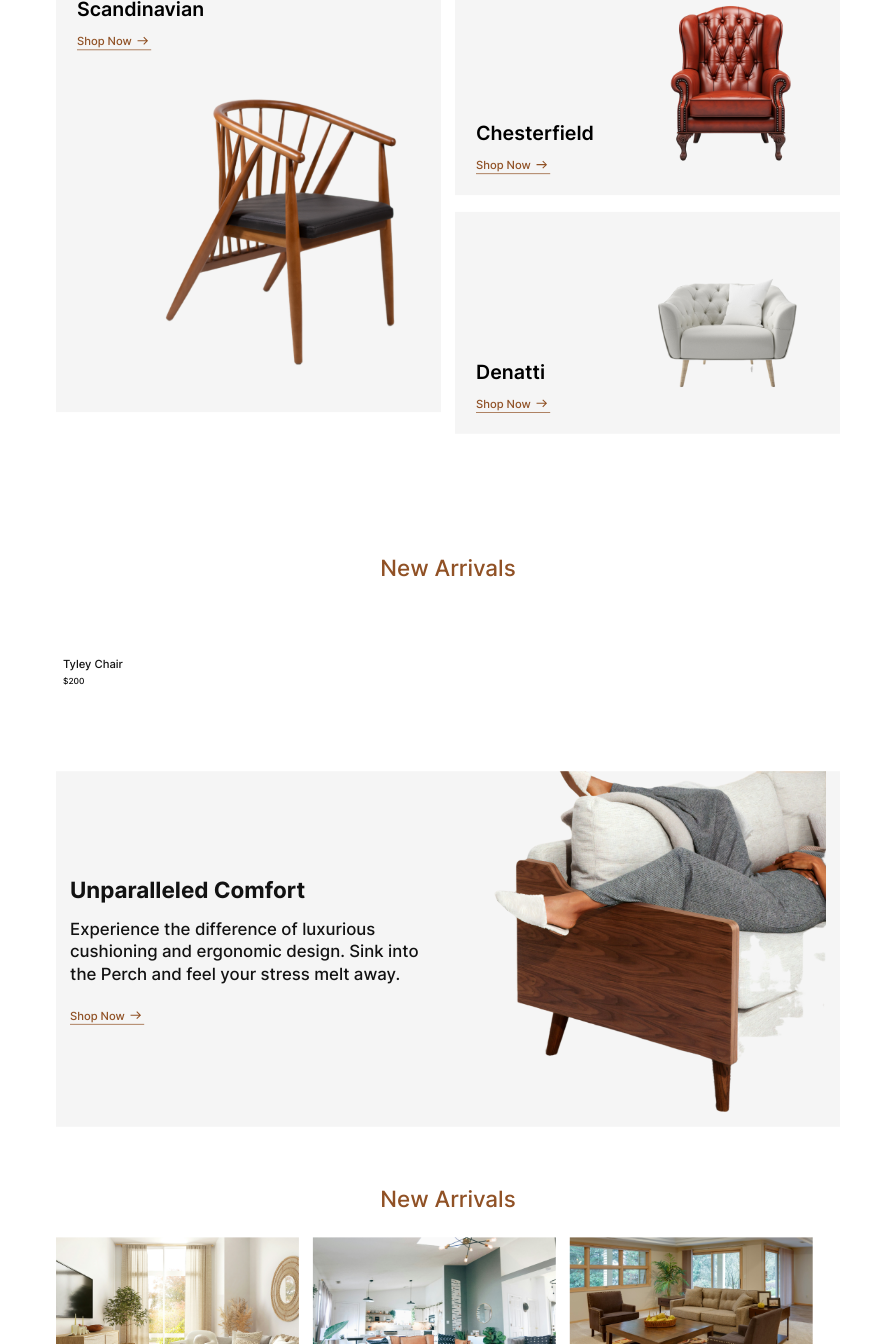
Repository: abdulmalikyusuf/HNG11-Stage02
Page: /
These files come from the project's save history. The page is drawn as it stood at one moment and after the next save; the edit follows.
The browser window is 1280 px wide. The pictures show the part of the page from y = 964 to 2884 px (the page is 3837 px tall), at 70% of full size.
The project was rebuilt for these pictures with package versions that can differ from the ones it lists, and the page was loaded fresh each time. Also part of the build but not shown: vite.config.ts.

Above is the page before, as saved 2024-07-07 17:01:05.

After the next save:
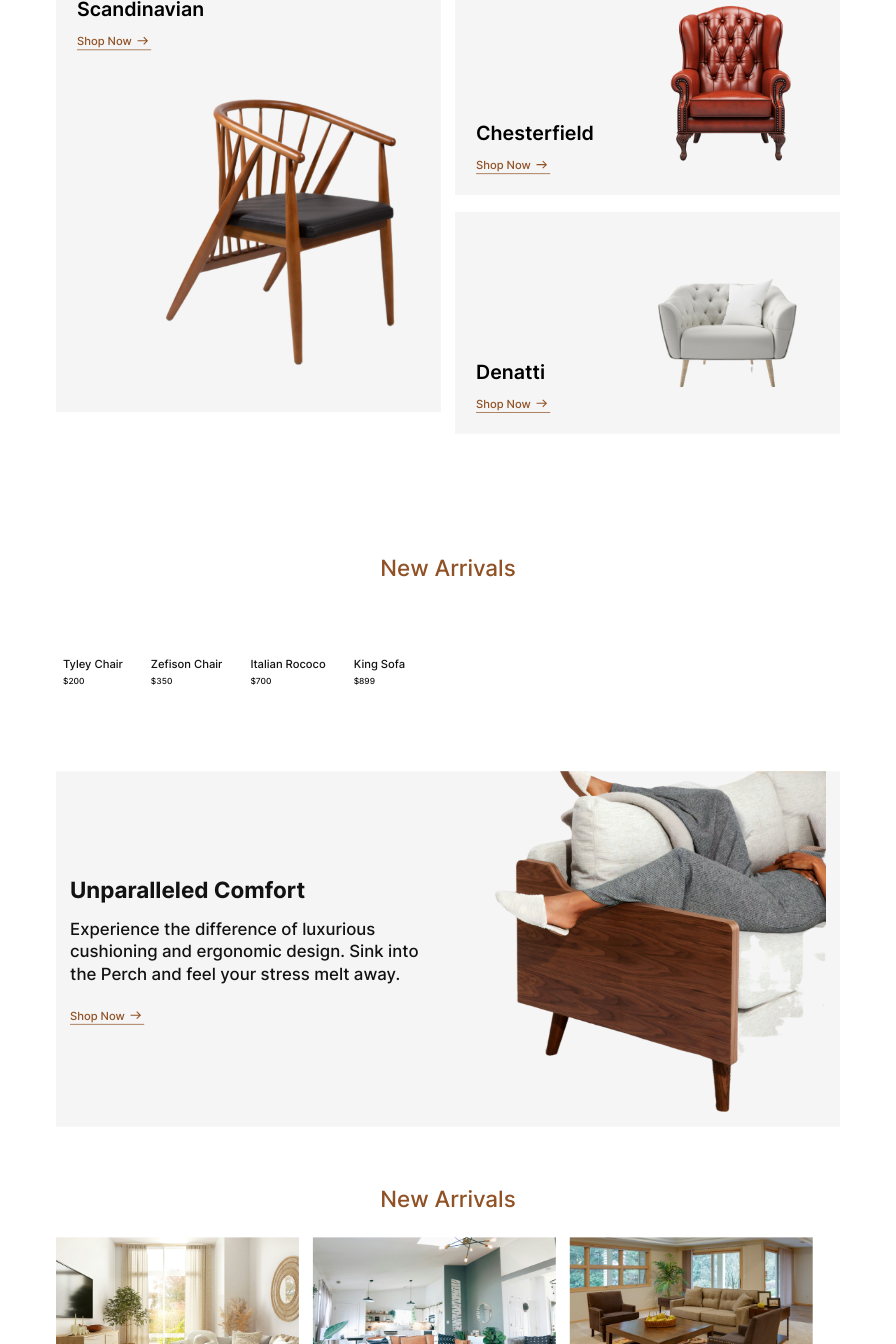
Saved 6 min 23 s later.
--- a/src/routes/index.tsx
+++ b/src/routes/index.tsx
@@ -8,7 +8,17 @@
 import MoreChairImage1 from "@/assets/img/unsplash_Kh4tedFdHz4.png";
 import MoreChairImage2 from "@/assets/img/unsplash_L7EwHkq1B2s.png";
 import MoreChairImage3 from "@/assets/img/unsplash_Gh_UjjYoVwk.png";
-
+import NewArrival1 from "@/assets/img/new-arrivals/81678229_Luxury white and golden sofa -3 1.png";
+import NewArrival2 from "@/assets/img/new-arrivals/Paste image.png";
+import NewArrival3 from "@/assets/img/new-arrivals/unsplash_IjTqniVFP1Y.png";
+import NewArrival4 from "@/assets/img/new-arrivals/unsplash_ItMggD0EguY.png";
+
+const newArrivals = [
+  { image: NewArrival1, name: "Tyley Chair", price: 200 },
+  { image: NewArrival2, name: "Zefison Chair", price: 350 },
+  { image: NewArrival3, name: "Italian Rococo", price: 700 },
+  { image: NewArrival4, name: "King Sofa", price: 899 },
+];
 function IndexPage() {
   return (
     <>
@@ -159,15 +169,20 @@
           </h4>
           <div className="mt-[30px]">
             <div className="flex gap-5">
-              <div className="py-10 px-2.5 flex flex-col gap-[30px]">
-                <div className="">
-                  <img src="" alt="" className="" />
-                </div>
-                <div className="flex flex-col gap-1.5 text-primary-label font-medium">
-                  <p className="">Tyley Chair</p>
-                  <small className="text-xs">$200</small>
-                </div>
-              </div>
+              {newArrivals.map((chair) => (
+                <div
+                  key={chair.name}
+                  className="py-10 px-2.5 flex flex-col gap-[30px]"
+                >
+                  <div className="bg-miscellaneous">
+                    <img src="" alt="" className="" />
+                  </div>
+                  <div className="flex flex-col gap-1.5 text-primary-label font-medium">
+                    <p className="">{chair.name}</p>
+                    <small className="text-xs">${chair.price}</small>
+                  </div>
+                </div>
+              ))}
             </div>
           </div>
         </div>
